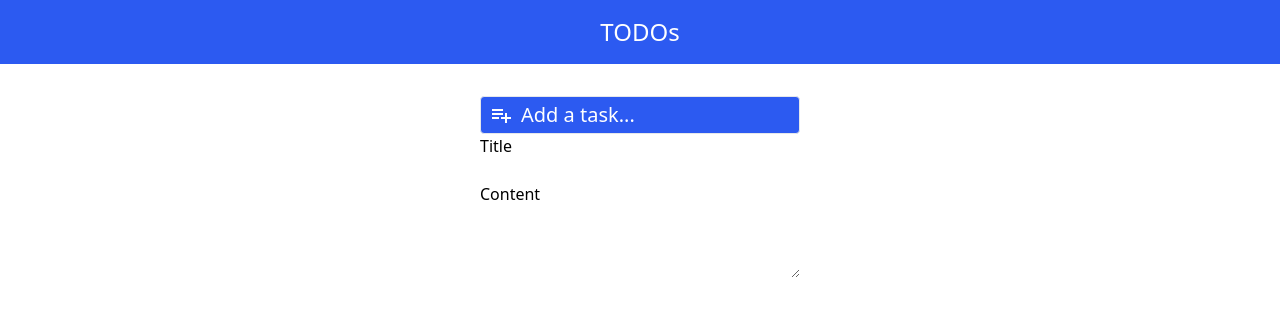
Repository: Jay-JYKim91/wanted-pre-onboarding-challenge-fe-1
Page: /
The author's editor kept a copy of each file at every save. The page is drawn from the files as they stood at one save, then again after the next save.
The browser window is 1280 px wide. The pictures show the whole page.
The page's requests for data from a server got no answer. The project was rebuilt for these pictures with package versions that can differ from the ones it lists, and the page was loaded fresh each time. No one was signed in, and anything a server would have sent is missing. Also part of the build but not shown: src/page/Auth.tsx.

Above is the page before, as saved 2022-08-01 22:48:44.

### src/index.tsx
import React from "react"
import ReactDOM from "react-dom/client"
import "./index.css"
import App from "./App"
import { BrowserRouter } from "react-router-dom"

const root = ReactDOM.createRoot(document.getElementById("root") as HTMLElement)
root.render(
  <React.StrictMode>
    <BrowserRouter>
      <App />
    </BrowserRouter>
  </React.StrictMode>
)

### src/App.tsx
import React, { useEffect, useState } from "react"
import { Route, Routes, useNavigate } from "react-router-dom"
import Auth from "./page/Auth"
import Main from "./page/Main"

// type UserToken = {
//   userToken: string | null
// }

function App() {
  const navigate = useNavigate()
  const userToken = window.localStorage.getItem("userToken")
  const [todos, setTodos] = useState([])

  useEffect(() => {
    if (userToken === "") {
      window.alert("Please login first.")
      navigate("/auth")
    } else {
      const headers = {
        Authorization: userToken,
      }
      fetch("http://localhost:8080/todos")
        .then((response) => response.json())
        .then((res) => {
          console.log(res)
        })
    }
  }, [])

  return (
    <div className="App">
      <header className="bg-primary-900 text-white text-center py-4 text-2xl">
        <span>TODOs</span>
      </header>
      <Routes>
        <Route path="/" element={<Main todos={todos} />} />
        <Route path="/auth" element={<Auth />} />
      </Routes>
    </div>
  )
}

export default App

### src/page/Main.tsx
import React, { useState } from "react"
import { MdPlaylistAdd } from "react-icons/md"

type Props = {
  todos: []
}

function Main<Props>({ todos }) {
  console.log(todos)
  const [titleInput, setTitleInput] = useState("")
  const [contentInput, setContentInput] = useState("")

  return (
    <div className="max-w-xs mx-auto my-8">
      <button
        type="button"
        className="flex items-center border rounded bg-primary-900 text-white px-2 py-1 w-full"
      >
        <MdPlaylistAdd className="mr-2 text-2xl" />
        <span className="text-xl">Add a task...</span>
      </button>
      <form>
        <div className="flex flex-col">
          <label htmlFor="titleInput">Title</label>
          <input
            type="text"
            id="titleInput"
            required
            onChange={(event) => setTitleInput(event.target.value)}
          />
        </div>
        <div className="flex flex-col">
          <label htmlFor="contentInput">Content</label>
          <textarea
            name="contentInput"
            id="contentInput"
            cols={30}
            rows={3}
            onChange={(event) => setContentInput(event.target.value)}
          ></textarea>
        </div>
      </form>
    </div>
  )
}

export default Main

### tailwind.config.js
/** @type {import('tailwindcss').Config} */
module.exports = {
  content: [
    "./src/**/*.{js,jsx,ts,tsx}",
  ],
  theme: {
    extend: {
      colors: {
        'primary': {
          100: '#47dfbc',
          500: '#428afe',
          900: '#2c5af1',
        }
      },
    },
  },
  plugins: [],
}

Loaded but not shown: public/index.html (common file); src/index.css (common file)

After the next save:
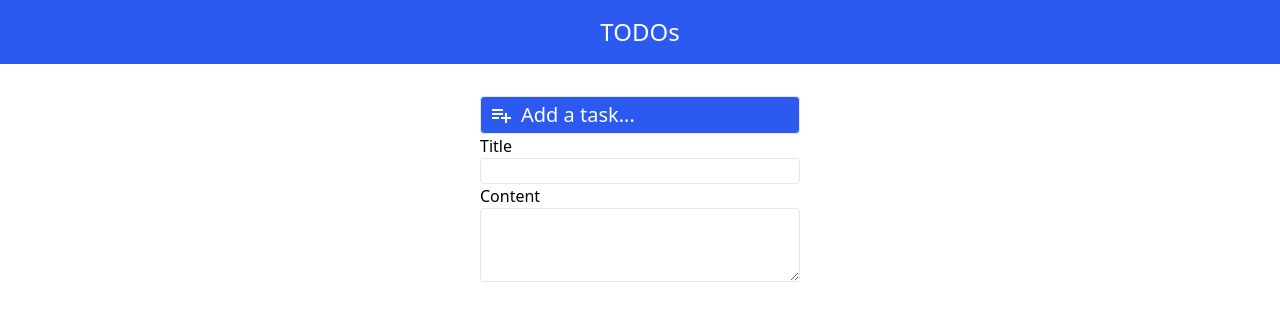
Saved 24 s later.
--- a/src/page/Main.tsx
+++ b/src/page/Main.tsx
@@ -27,6 +27,7 @@ function Main<Props>({ todos }) {
             id="titleInput"
             required
             onChange={(event) => setTitleInput(event.target.value)}
+            className="border rounded"
           />
         </div>
         <div className="flex flex-col">
@@ -37,6 +38,7 @@ function Main<Props>({ todos }) {
             cols={30}
             rows={3}
             onChange={(event) => setContentInput(event.target.value)}
+            className="border rounded"
           ></textarea>
         </div>
       </form>
